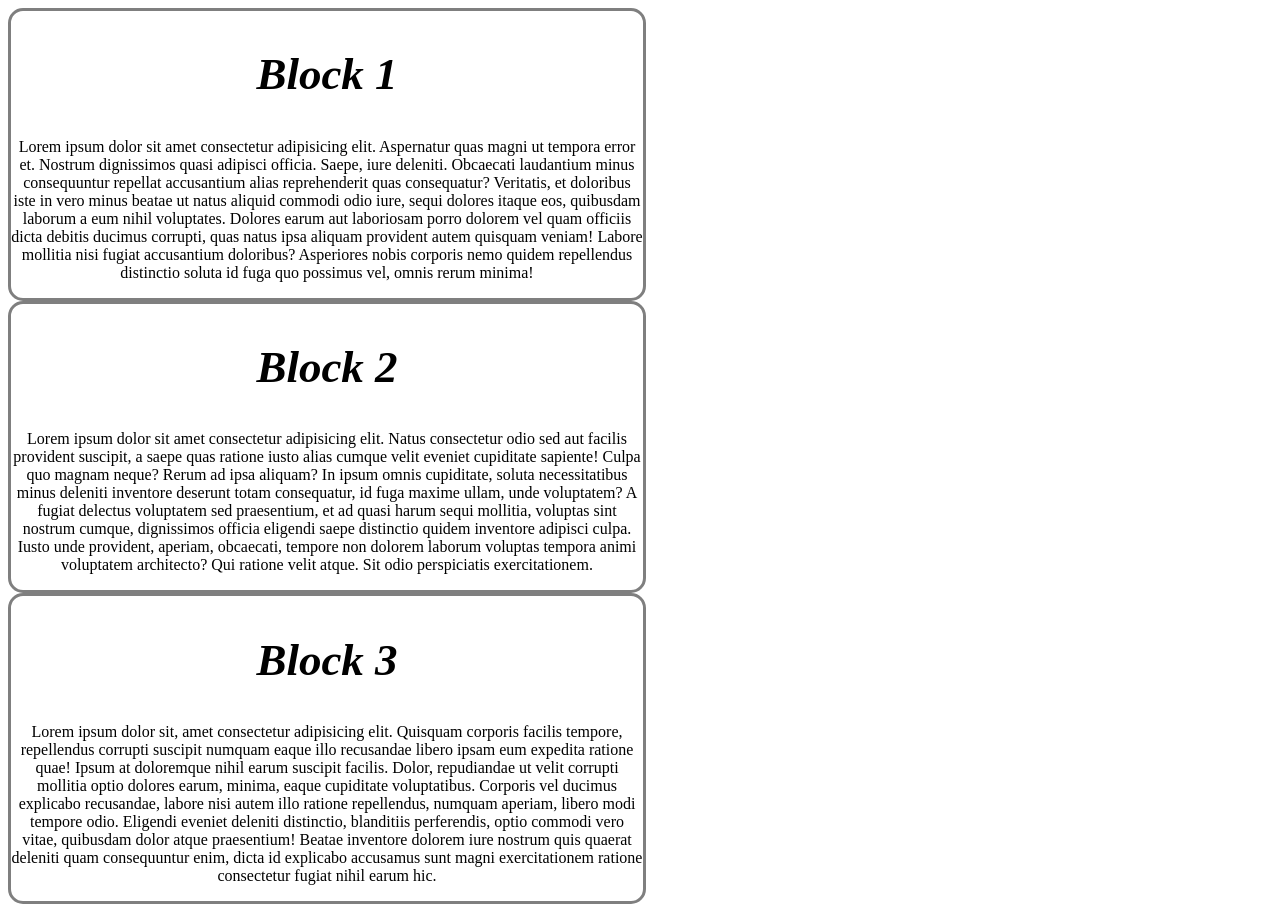
Repository: archangel88/elbrus_homework
Page: phase-0/week-3/day-3/css-fonts/index.html
These files come from the project's save history. The page is drawn as it stood at one moment and after the next save; the edit follows.
The browser window is 1280 px wide. The pictures show the whole page.

Above is the page before, as saved 2025-10-08 22:32:29.

After the next save:
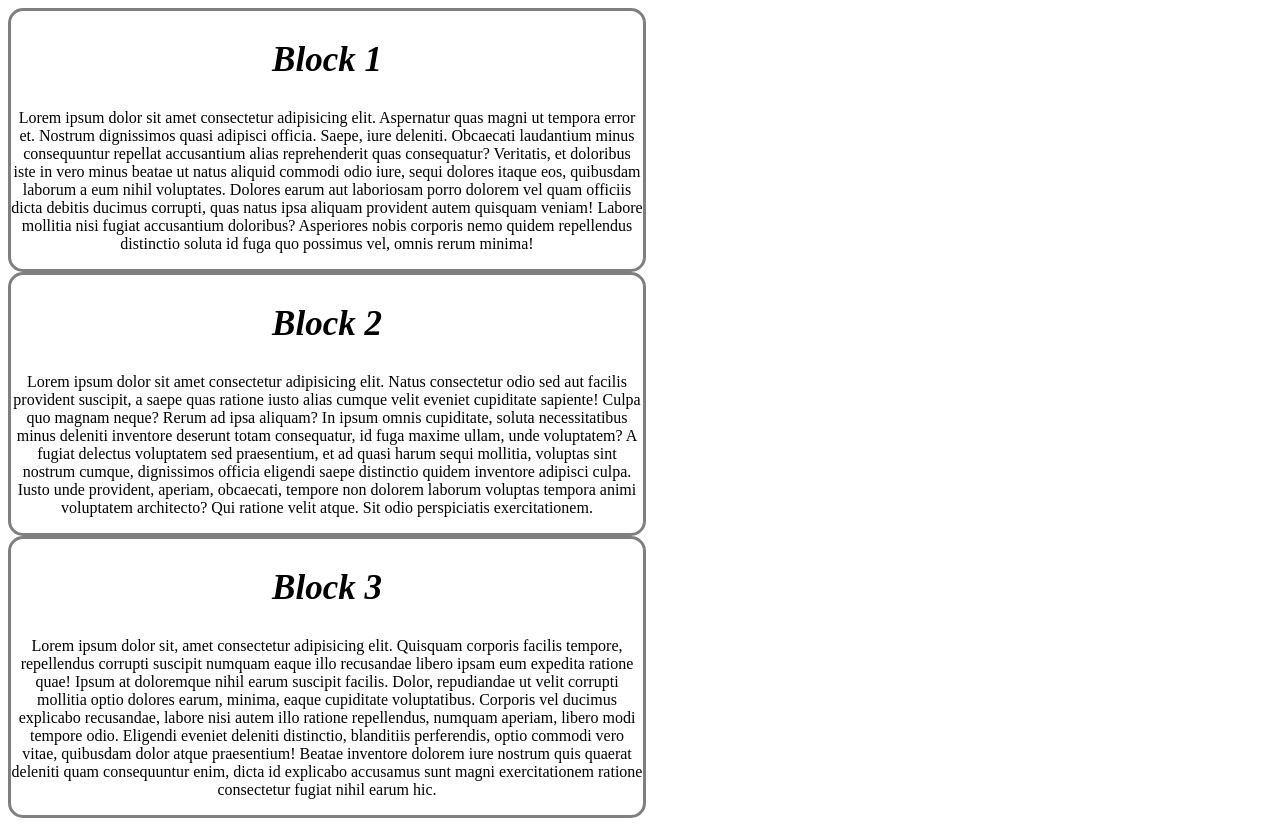
Saved 20 s later.
--- a/phase-0/week-3/day-3/css-fonts/style.css
+++ b/phase-0/week-3/day-3/css-fonts/style.css
@@ -11,5 +11,5 @@ h2{
     font-family: IBM, cursive;
     font-weight: 900;
     font-style: oblique;
-    font-size: 45px;
+    font-size: 35px;
 }
